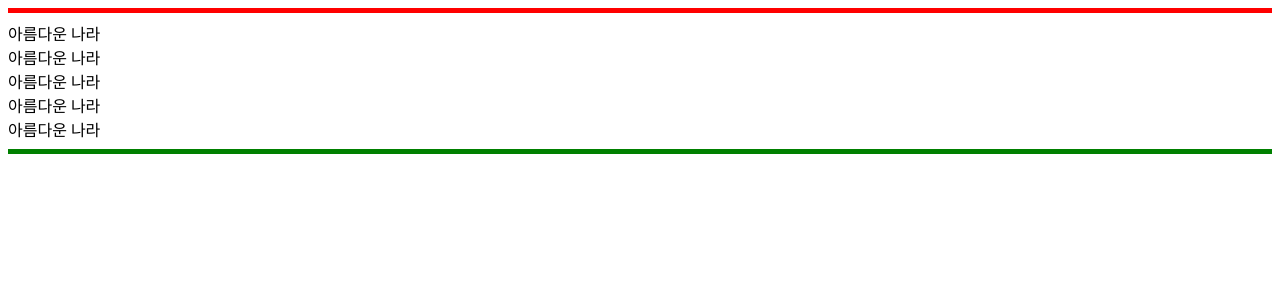
Repository: gambler1541/JSP
Page: http://localhost/first_jsp/jsp_1/test_jsp1.jsp
An editor plug-in stored every save of this project. The page is shown before and after the next save, followed by the edit.
The browser window is 1280 px wide. The pictures show the whole page.
The page is served by Tomcat 9. Other server files are loaded and not shown.

Above is the page before, as saved 2020-06-22 04:13:14.

### first_jsp/WebContent/jsp_1/test_jsp1.jsp
<%@ page language="java" contentType="text/html; charset=UTF-8"
    pageEncoding="UTF-8"%>
<!DOCTYPE html>
<html>
<head>
<meta charset="UTF-8">
<title>test jsp</title>
</head>
<body>
<hr size="5" color="red" />

아름다운 나라<br />
아름다운 나라<br />
아름다운 나라<br />
아름다운 나라<br />
아름다운 나라<br />

<hr size="5" color="green"/>
</body>
</html>

After the next save:
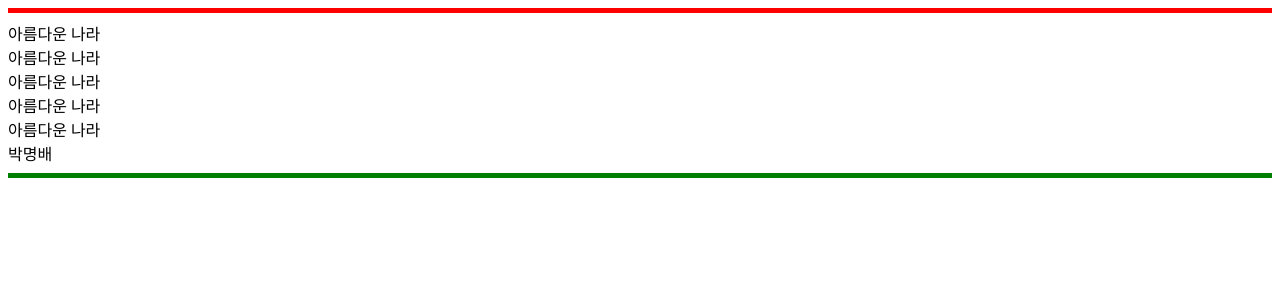
Saved 14 min 49 s later.
--- a/first_jsp/WebContent/jsp_1/test_jsp1.jsp
+++ b/first_jsp/WebContent/jsp_1/test_jsp1.jsp
@@ -14,6 +14,7 @@
 아름다운 나라<br />
 아름다운 나라<br />
 아름다운 나라<br />
+박명배<br />
 
 <hr size="5" color="green"/>
 </body>
